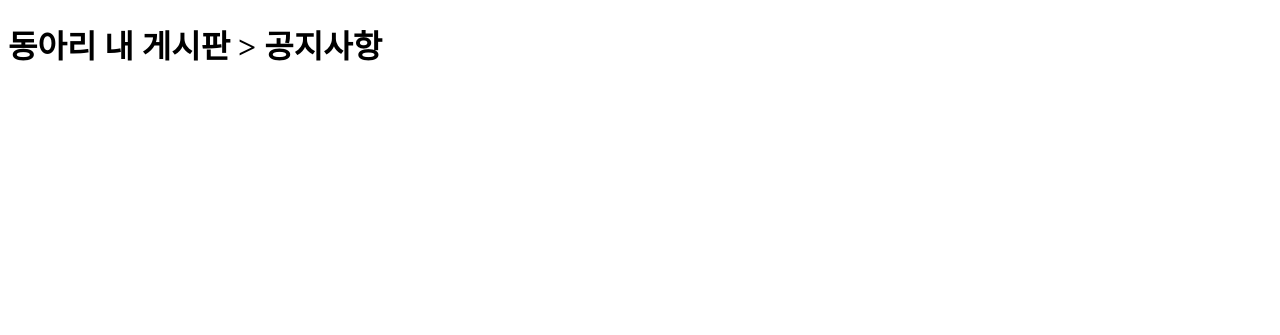
Repository: hyodii/FinalProject
Page: http://localhost/ViewPage/page37.jsp
An editor plug-in stored every save of this project. The page is shown before and after the next save, followed by the edit.
The browser window is 1280 px wide. The pictures show the whole page.
The page is served by Tomcat 9.

Above is the page before, as saved 2021-12-02 09:31:48.

After the next save:
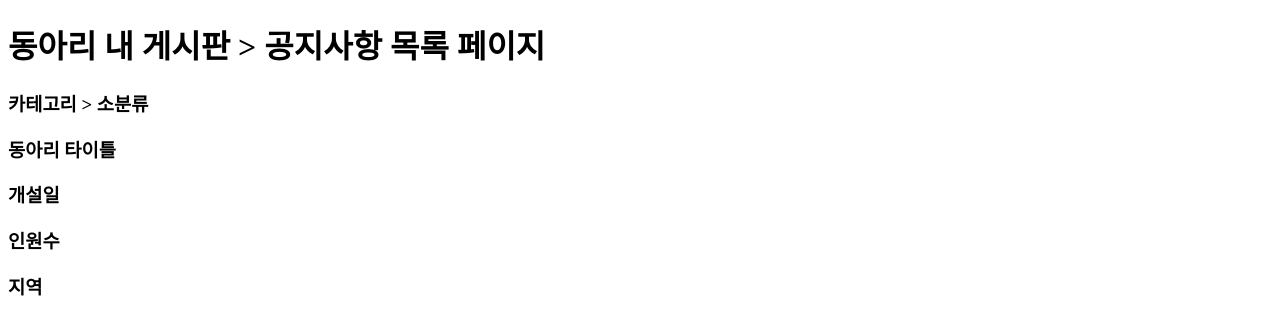
Saved 48 s later.
--- a/ViewPage/WebContent/page37.jsp
+++ b/ViewPage/WebContent/page37.jsp
@@ -9,10 +9,16 @@
 <body>
 
 <div>
-	<h1>동아리 내 게시판 > 공지사항</h1>
+	<h1>동아리 내 게시판 > 공지사항 목록 페이지</h1>
 </div>
 
-<div></div>
+<div>
+	<h3>카테고리 > 소분류</h3>
+	<h3>동아리 타이틀</h3>
+	<h3>개설일</h3>
+	<h3>인원수</h3>
+	<h3>지역</h3>
+</div>
 
 </body>
 </html>
